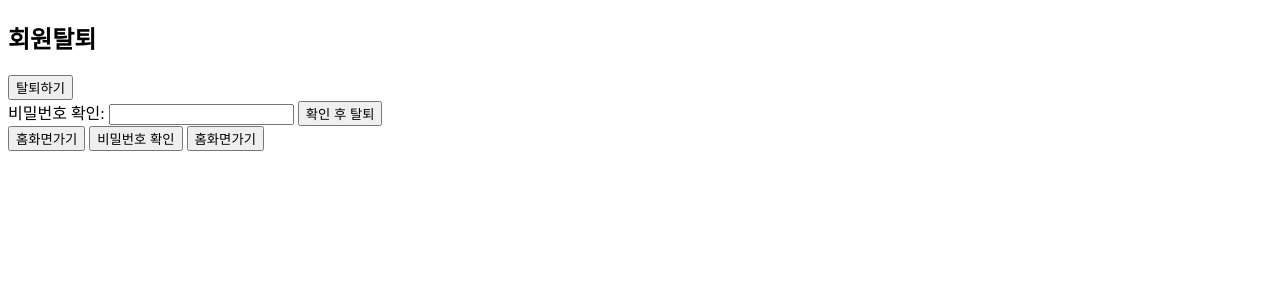
Repository: Yundanbi/Kyobo
Page: http://localhost/kyobo/member/deactvation.jsp
The author's editor kept a copy of each file at every save. The page is drawn from the files as they stood at one save, then again after the next save.
The browser window is 1280 px wide. The pictures show the whole page.
The page is served by Tomcat 9.

Above is the page before, as saved 2025-06-17 04:13:57.

After the next save:
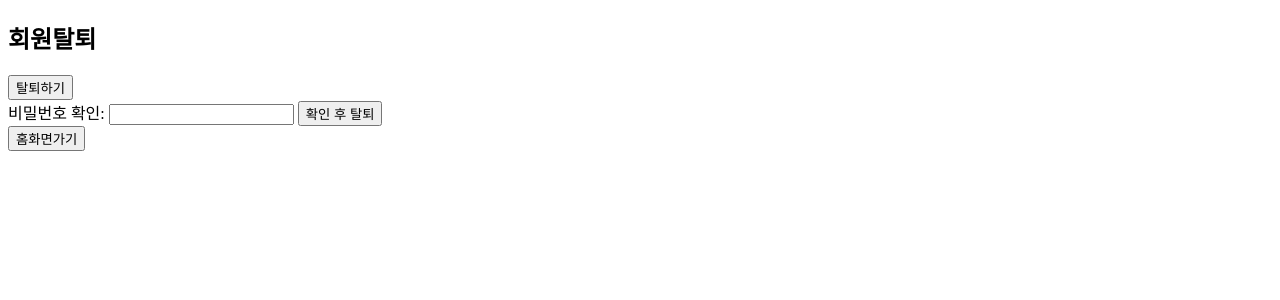
Saved 13 s later.
--- a/kyobo/src/main/webapp/member/deactvation.jsp
+++ b/kyobo/src/main/webapp/member/deactvation.jsp
@@ -32,8 +32,7 @@
     box.style.display = box.style.display === "none" ? "block" : "none";
   }
 </script>
-<input type="submit" value="비밀번호 확인">
-<input type="button" value="홈화면가기" onclick="location.href='/kyobo/index.jsp'">
+
 
 
 </body>
